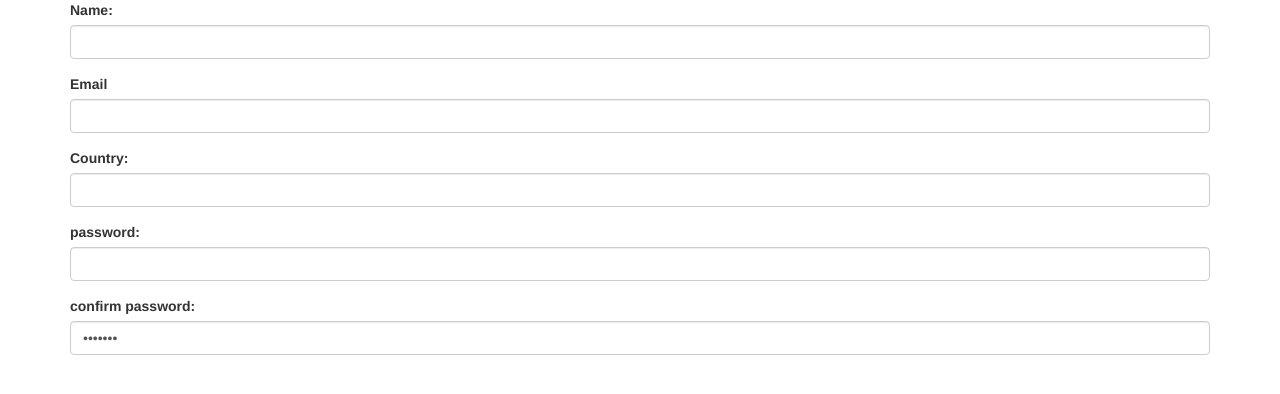
Repository: suvarsha/cognizant-projects
Page: BootStramp1/WebContent/register.html
These files come from the project's save history. The page is drawn as it stood at one moment and after the next save; the edit follows.
The browser window is 1280 px wide. The pictures show the whole page.

Above is the page before, as saved 2020-01-20 04:21:36.

### BootStramp1/WebContent/register.html
<!DOCTYPE html>
<html lang="en">
<head>
  <title>Bootstrap Example</title>
  <meta charset="utf-8">
  <meta name="viewport" content="width=device-width, initial-scale=1">
  <link rel="stylesheet" href="https://maxcdn.bootstrapcdn.com/bootstrap/3.4.1/css/bootstrap.min.css">
  <script src="https://ajax.googleapis.com/ajax/libs/jquery/3.4.1/jquery.min.js"></script>
  <script src="https://maxcdn.bootstrapcdn.com/bootstrap/3.4.1/js/bootstrap.min.js"></script>
</head>
<body>

<div class="container">
  <form>
    <div class="form-group">
      <label for="usr">Name:</label>
      <input type="text"   class="form-control"  id="usr">
    </div>
    <div class="form-group">
      <label for="mail">Email</label>
      <input type="email"   class="form-control" id="ml">
    </div>
    <div class="form-group">
      <label for="cnty">Country:</label>
      <input type="text" class="form-control"    id="cy">
      </div>
       <div class="form-group">
      <label for="password">password:</label>
      <input type="password" class="form-control"   id="ps">
      </div>
       <div class="form-group">
      <label for="confirm password">confirm password:</label>
      <input type="password" class="form-control"  value="Fakepsw" id="pass">
    </div>
  </form>
</div>
</body>
</html>

After the next save:
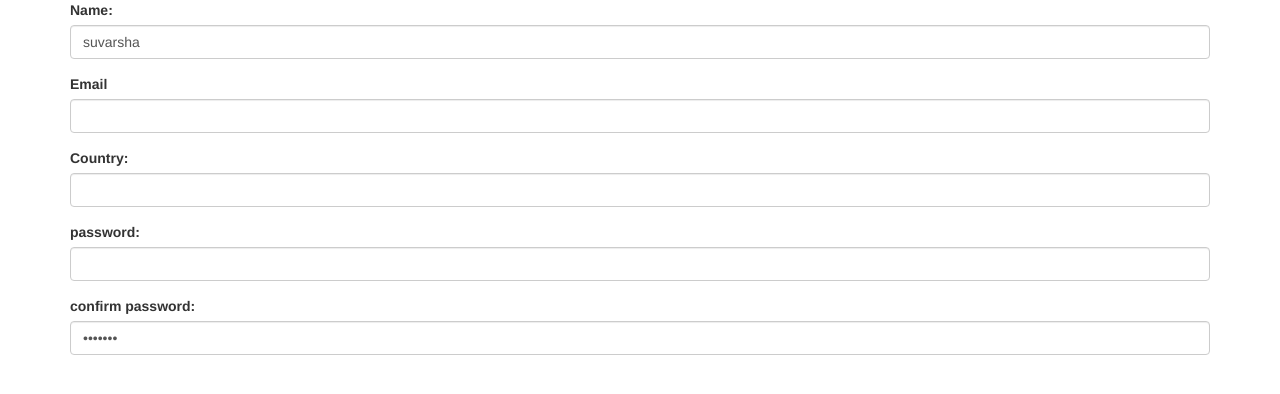
Saved 19 s later.
--- a/BootStramp1/WebContent/register.html
+++ b/BootStramp1/WebContent/register.html
@@ -14,7 +14,7 @@
   <form>
     <div class="form-group">
       <label for="usr">Name:</label>
-      <input type="text"   class="form-control"  id="usr">
+      <input type="text"   class="form-control" value=suvarsha  id="usr">
     </div>
     <div class="form-group">
       <label for="mail">Email</label>

After the save that followed:
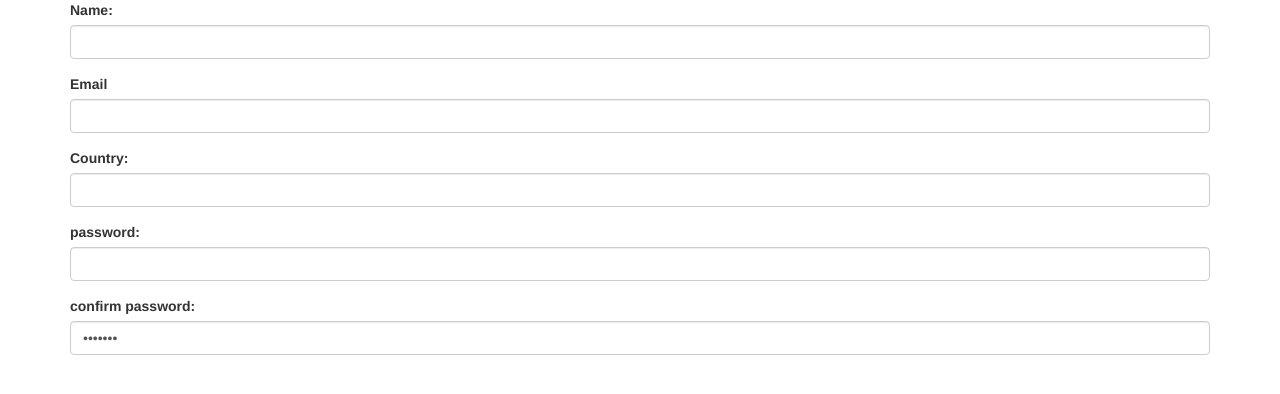
Saved 17 s later.
--- a/BootStramp1/WebContent/register.html
+++ b/BootStramp1/WebContent/register.html
@@ -14,7 +14,7 @@
   <form>
     <div class="form-group">
       <label for="usr">Name:</label>
-      <input type="text"   class="form-control" value=suvarsha  id="usr">
+      <input type="text"   class="form-control"  id="usr">
     </div>
     <div class="form-group">
       <label for="mail">Email</label>
